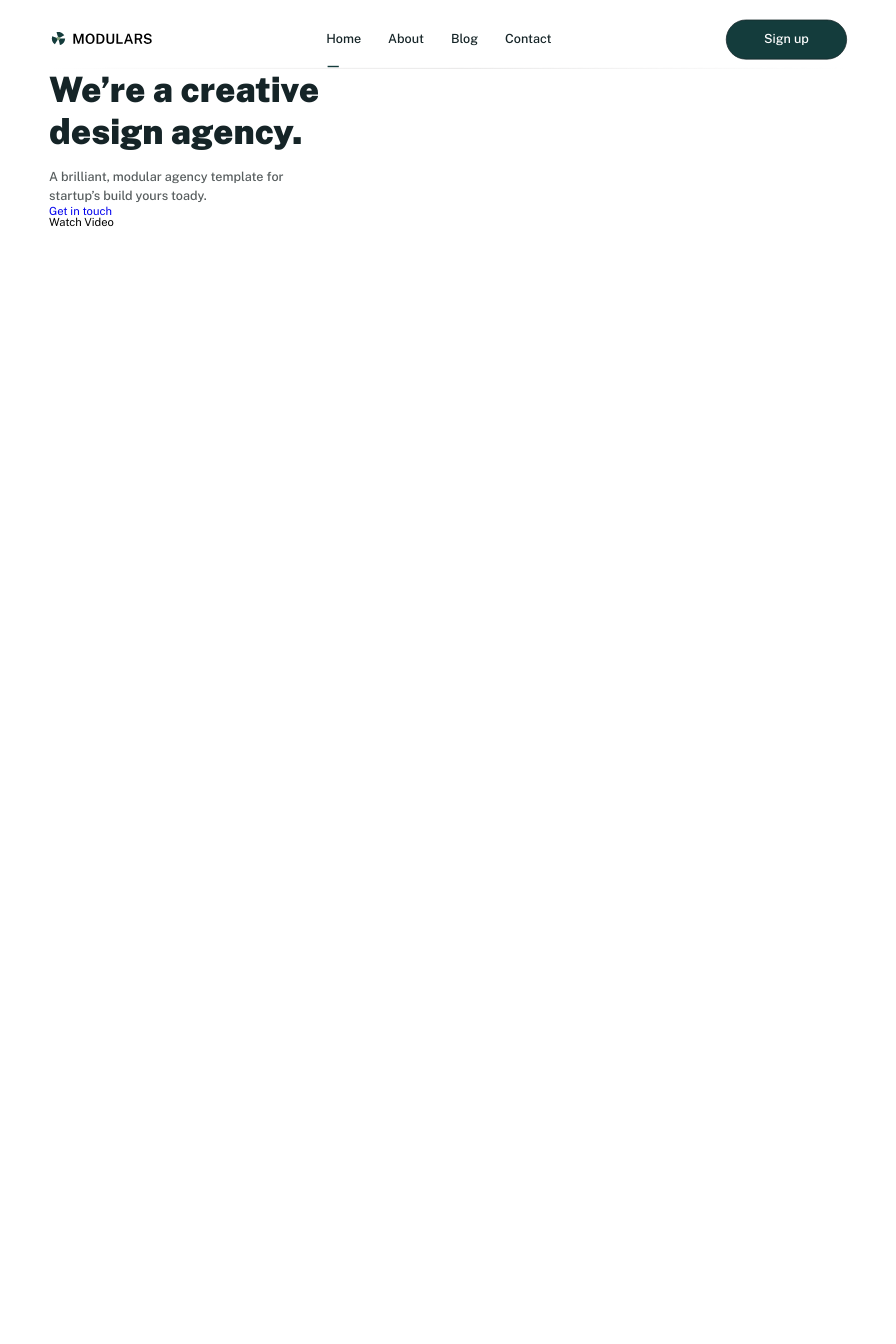
Repository: Learncode-every-day/Project-3.1
Page: index.html
These files come from the project's save history. The page is drawn as it stood at one moment and after the next save; the edit follows.
The browser window is 1280 px wide. The pictures show the part of the page from y = 0 to 1920 px (the page is 5015 px tall), at 70% of full size.

Above is the page before, as saved 2024-06-22 15:43:35.

After the next save:
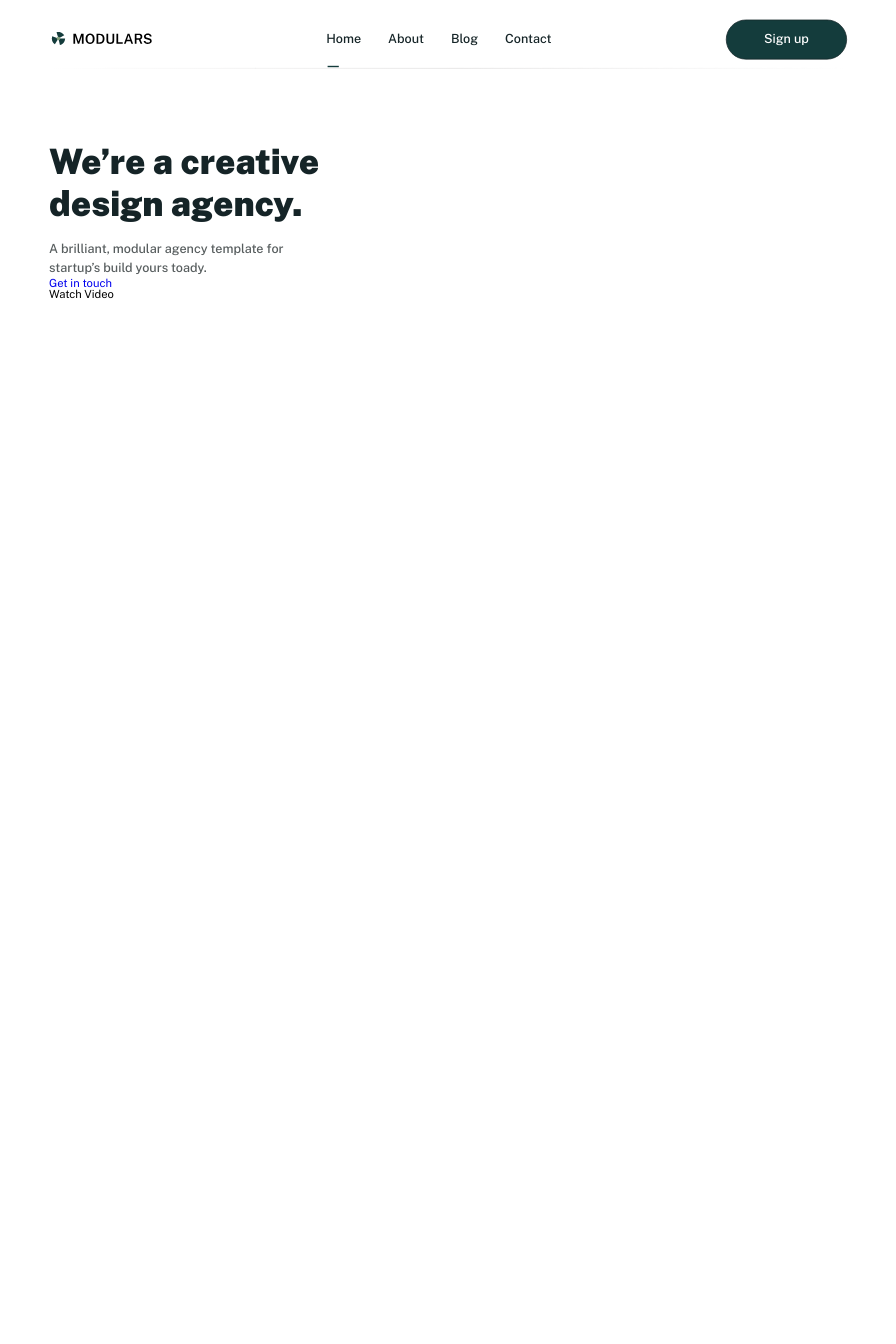
Saved 23 s later.
--- a/assets/css/style.css
+++ b/assets/css/style.css
@@ -124,6 +124,7 @@
 }
 
 .hero__heading {
+    margin-top: 103px;
     color: var(--primary-color);
     font-size: 5rem;
     font-weight: 800;
